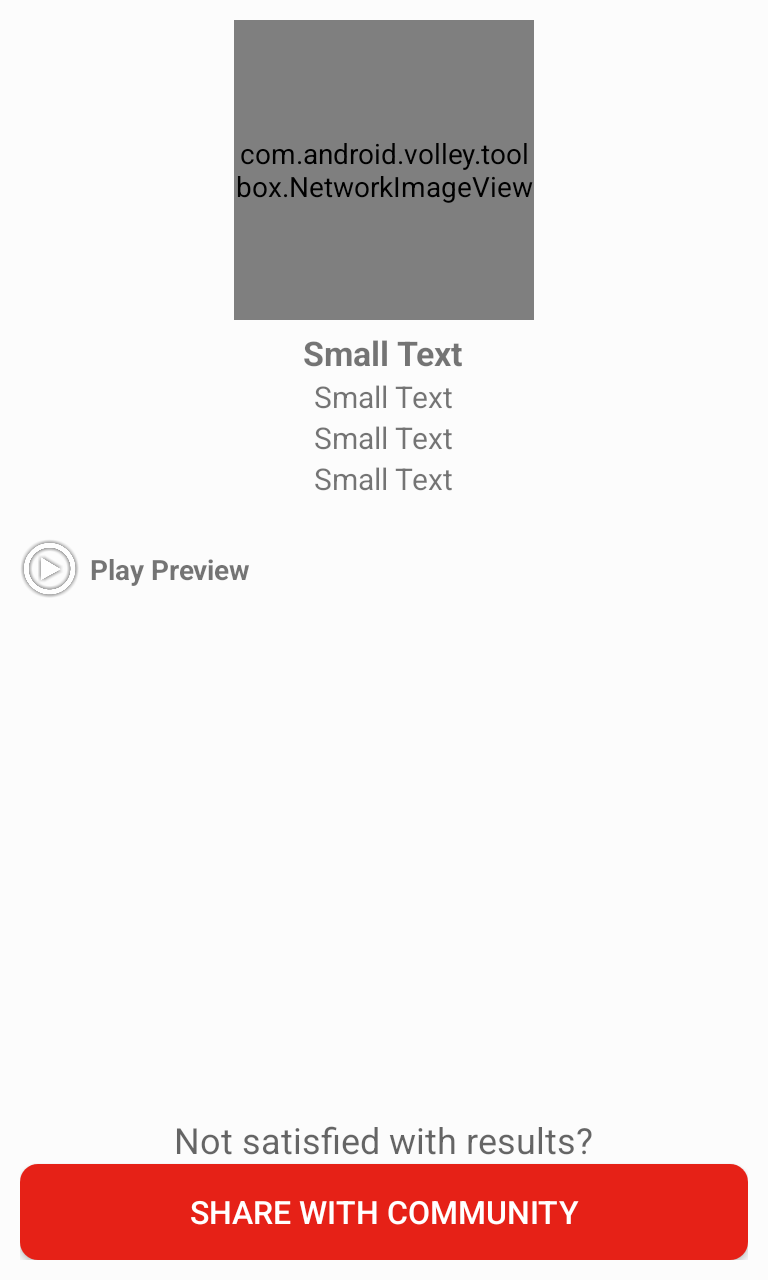
Repository: savindra/cutting-edge
Layout: Humzearch/res/layout/record_tune_result.xml
These files come from the project's save history. The layout is drawn as it stood at one moment and after the next save; the edit follows.
Pictures or frames that could not be fetched are drawn as grey boxes. It is drawn on a 768 x 1280 px phone screen (xhdpi) without system bars, with theme AppTheme; the app's code is not run.

Above is the layout before, as saved 2015-06-23 07:56:44.

After the next save:
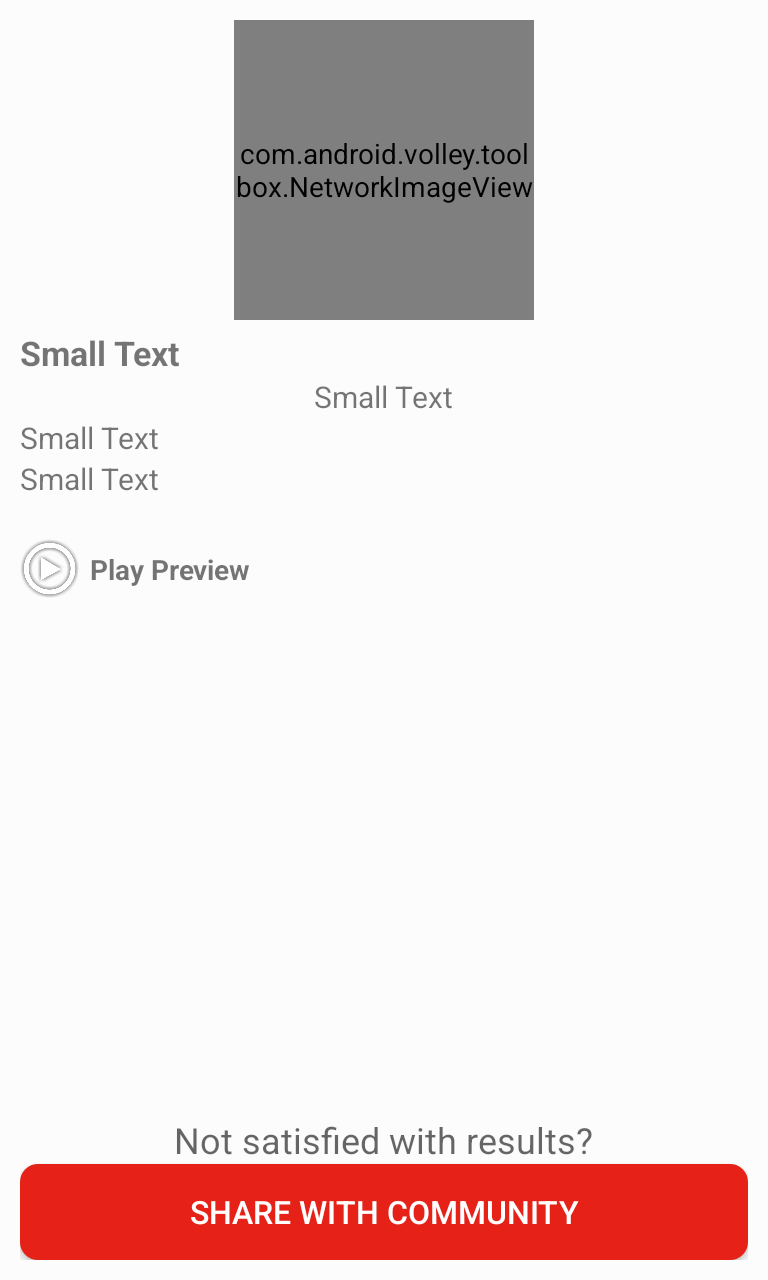
Saved 2 min 33 s later.
--- a/Humzearch/res/layout/record_tune_result.xml
+++ b/Humzearch/res/layout/record_tune_result.xml
@@ -37,12 +37,11 @@
             android:layout_marginTop="5dip"
             android:layout_weight="0.80"
             android:layout_gravity="center_horizontal"
-        	android:gravity="center"
             android:orientation="vertical" >
 
             <TextView
                 android:id="@+id/txtTuneResultName"
-                android:layout_width="wrap_content"
+                android:layout_width="fill_parent"
                 android:layout_height="wrap_content"
                 android:layout_gravity="center_horizontal"
                 android:text="Small Text"
